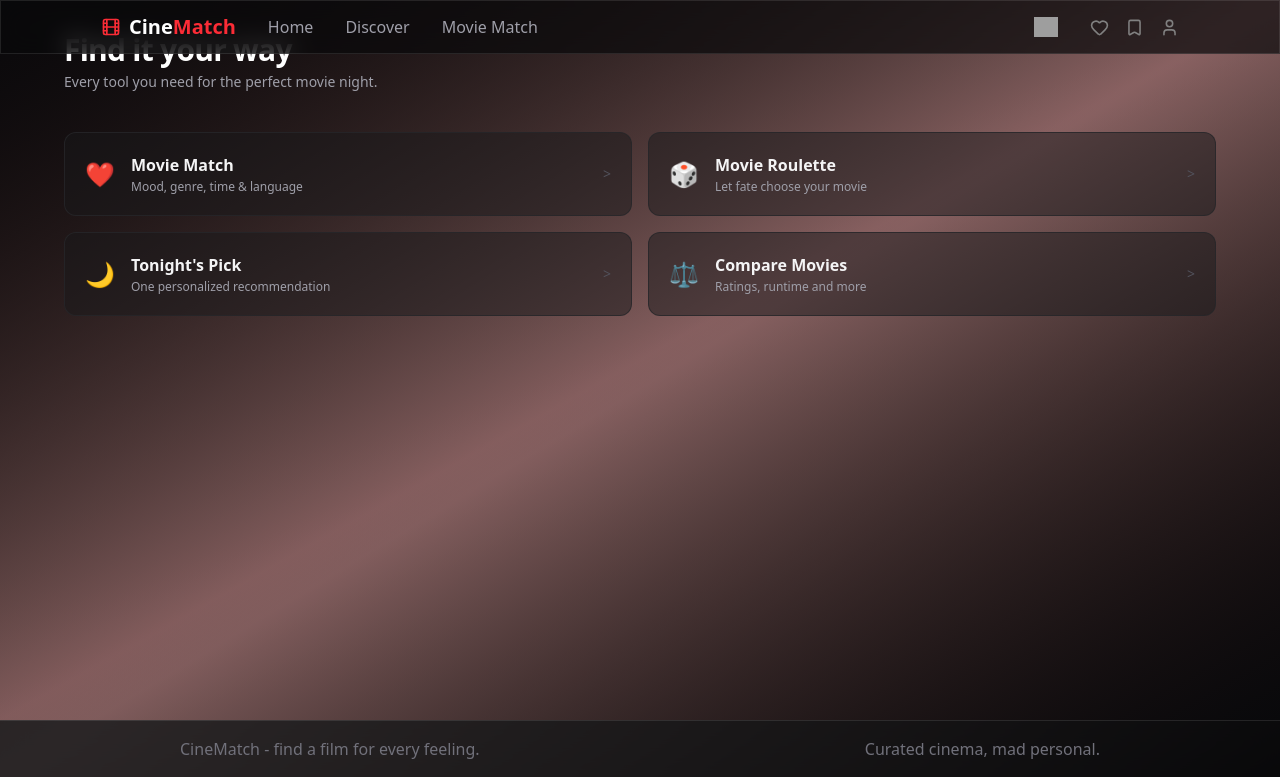
Repository: Mahak182005/CineMatch
Page: /match
An editor plug-in stored every save of this project. The page is shown before and after the next save, followed by the edit.
The browser window is 1280 px wide. The pictures show the whole page.
Pictures or frames that could not be fetched are drawn as grey boxes. The project was rebuilt for these pictures with package versions that can differ from the ones it lists, and the page was loaded fresh each time. Also part of the build but not shown: vite.config.js, src/Components/Mood.jsx, src/Data/MoodData.js, src/Data/api.js, src/Components/MovieCart.jsx, src/Logic/search.js, src/pages/Home.jsx, src/pages/Favorites.jsx and 3 more.

Above is the page before, as saved 2026-10-12 12:43:41.

After the next save:
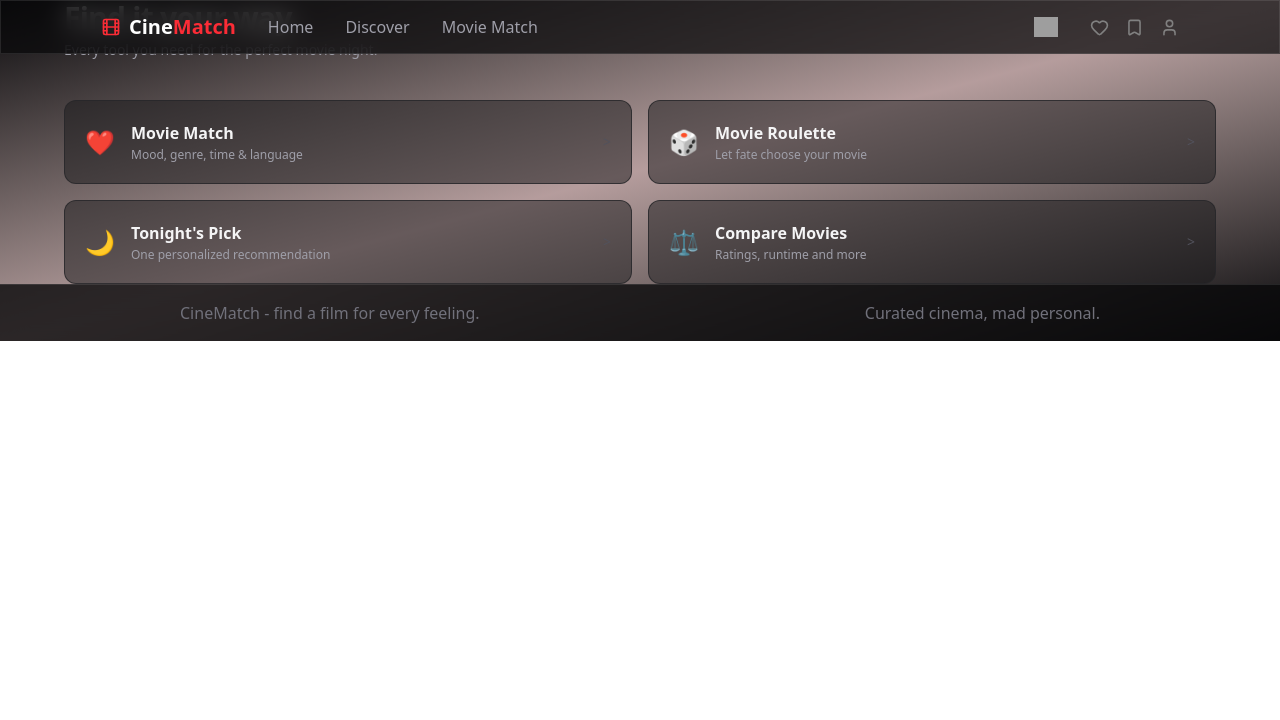
Saved 6 min 1 s later.
--- a/src/pages/MovieMatch.jsx
+++ b/src/pages/MovieMatch.jsx
@@ -1,63 +1,60 @@
 export function MovieMatch(){
     return(
         <>
+            <div classNameName="min-h-screen bg-gradient-to-br from-zinc-950 via-red-950/40 to-zinc-950 text-white p-8">
+                <div className="max-w-6xl mx-auto mb-10">
+                    <h1 className="text-3xl font-extrabold tracking-tight text-white">Find it your way</h1>
+                    <p className="text-zinc-400 text-sm mt-1">Every tool you need for the perfect movie night.</p>
+                </div>
 
-<div class="min-h-screen bg-gradient-to-br from-zinc-950 via-red-950/40 to-zinc-950 text-white p-8">
+                <div className="grid grid-cols-1 md:grid-cols-2 gap-4 max-w-6xl mx-auto">
 
+                    <div className="flex items-center justify-between p-5 rounded-xl bg-zinc-900/50 border border-zinc-800/80 hover:border-red-900/60 cursor-pointer transition-all duration-200 group">
+                    <div className="flex items-center space-x-4">
+                        <span className="text-2xl">❤️</span>
+                        <div>
+                        <h3 className="font-semibold text-zinc-100 group-hover:text-white transition-colors">Movie Match</h3>
+                        <p className="text-zinc-400 text-xs mt-0.5">Mood, genre, time & language</p>
+                        </div>
+                    </div>
+                    <span className="text-zinc-600 group-hover:text-zinc-400 transition-colors text-sm">&gt;</span>
+                    </div>
 
-  <div class="max-w-6xl mx-auto mb-10">
-    <h1 class="text-3xl font-extrabold tracking-tight text-white">Find it your way</h1>
-    <p class="text-zinc-400 text-sm mt-1">Every tool you need for the perfect movie night.</p>
-  </div>
+                    <div className="flex items-center justify-between p-5 rounded-xl bg-zinc-900/50 border border-zinc-800/80 hover:border-red-900/60 cursor-pointer transition-all duration-200 group">
+                    <div className="flex items-center space-x-4">
+                        <span className="text-2xl">🎲</span>
+                        <div>
+                        <h3 className="font-semibold text-zinc-100 group-hover:text-white transition-colors">Movie Roulette</h3>
+                        <p className="text-zinc-400 text-xs mt-0.5">Let fate choose your movie</p>
+                        </div>
+                    </div>
+                    <span className="text-zinc-600 group-hover:text-zinc-400 transition-colors text-sm">&gt;</span>
+                    </div>
 
-  <div class="grid grid-cols-1 md:grid-cols-2 gap-4 max-w-6xl mx-auto">
+                    <div className="flex items-center justify-between p-5 rounded-xl bg-zinc-900/50 border border-zinc-800/80 hover:border-red-900/60 cursor-pointer transition-all duration-200 group">
+                    <div className="flex items-center space-x-4">
+                        <span className="text-2xl">🌙</span>
+                        <div>
+                        <h3 className="font-semibold text-zinc-100 group-hover:text-white transition-colors">Tonight's Pick</h3>
+                        <p className="text-zinc-400 text-xs mt-0.5">One personalized recommendation</p>
+                        </div>
+                    </div>
+                    <span className="text-zinc-600 group-hover:text-zinc-400 transition-colors text-sm">&gt;</span>
+                    </div>
 
-    <div class="flex items-center justify-between p-5 rounded-xl bg-zinc-900/50 border border-zinc-800/80 hover:border-red-900/60 cursor-pointer transition-all duration-200 group">
-      <div class="flex items-center space-x-4">
-        <span class="text-2xl">❤️</span>
-        <div>
-          <h3 class="font-semibold text-zinc-100 group-hover:text-white transition-colors">Movie Match</h3>
-          <p class="text-zinc-400 text-xs mt-0.5">Mood, genre, time & language</p>
-        </div>
-      </div>
-      <span class="text-zinc-600 group-hover:text-zinc-400 transition-colors text-sm">&gt;</span>
-    </div>
+                    <div className="flex items-center justify-between p-5 rounded-xl bg-zinc-900/50 border border-zinc-800/80 hover:border-red-900/60 cursor-pointer transition-all duration-200 group">
+                    <div className="flex items-center space-x-4">
+                        <span className="text-2xl">⚖️</span>
+                        <div>
+                        <h3 className="font-semibold text-zinc-100 group-hover:text-white transition-colors">Compare Movies</h3>
+                        <p className="text-zinc-400 text-xs mt-0.5">Ratings, runtime and more</p>
+                        </div>
+                    </div>
+                    <span className="text-zinc-600 group-hover:text-zinc-400 transition-colors text-sm">&gt;</span>
+                    </div>
 
-    <div class="flex items-center justify-between p-5 rounded-xl bg-zinc-900/50 border border-zinc-800/80 hover:border-red-900/60 cursor-pointer transition-all duration-200 group">
-      <div class="flex items-center space-x-4">
-        <span class="text-2xl">🎲</span>
-        <div>
-          <h3 class="font-semibold text-zinc-100 group-hover:text-white transition-colors">Movie Roulette</h3>
-          <p class="text-zinc-400 text-xs mt-0.5">Let fate choose your movie</p>
-        </div>
-      </div>
-      <span class="text-zinc-600 group-hover:text-zinc-400 transition-colors text-sm">&gt;</span>
-    </div>
-
-    <div class="flex items-center justify-between p-5 rounded-xl bg-zinc-900/50 border border-zinc-800/80 hover:border-red-900/60 cursor-pointer transition-all duration-200 group">
-      <div class="flex items-center space-x-4">
-        <span class="text-2xl">🌙</span>
-        <div>
-          <h3 class="font-semibold text-zinc-100 group-hover:text-white transition-colors">Tonight's Pick</h3>
-          <p class="text-zinc-400 text-xs mt-0.5">One personalized recommendation</p>
-        </div>
-      </div>
-      <span class="text-zinc-600 group-hover:text-zinc-400 transition-colors text-sm">&gt;</span>
-    </div>
-
-    <div class="flex items-center justify-between p-5 rounded-xl bg-zinc-900/50 border border-zinc-800/80 hover:border-red-900/60 cursor-pointer transition-all duration-200 group">
-      <div class="flex items-center space-x-4">
-        <span class="text-2xl">⚖️</span>
-        <div>
-          <h3 class="font-semibold text-zinc-100 group-hover:text-white transition-colors">Compare Movies</h3>
-          <p class="text-zinc-400 text-xs mt-0.5">Ratings, runtime and more</p>
-        </div>
-      </div>
-      <span class="text-zinc-600 group-hover:text-zinc-400 transition-colors text-sm">&gt;</span>
-    </div>
-
-  </div>
-</div>
+                </div>
+            </div>
 
         </>
     )
